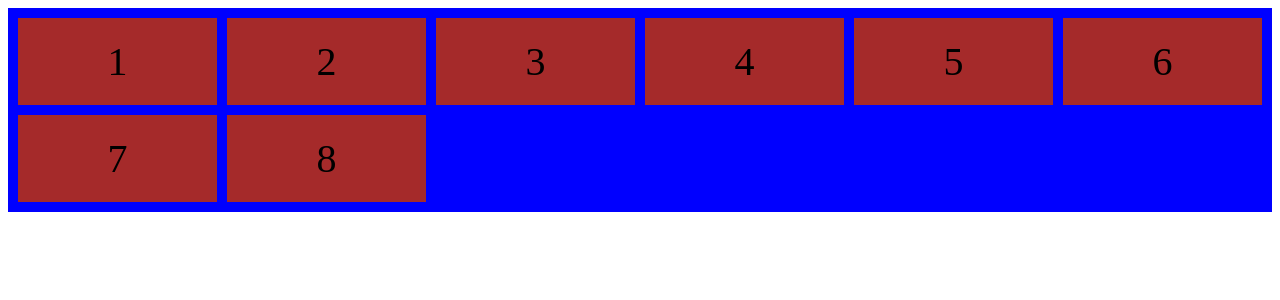
Repository: Thonghehe/Lab2_Web106
Page: Buoi2/index24.html
These files come from the project's save history. The page is drawn as it stood at one moment and after the next save; the edit follows.
The browser window is 1280 px wide. The pictures show the whole page.

Above is the page before, as saved 2024-03-09 17:13:57.

After the next save:
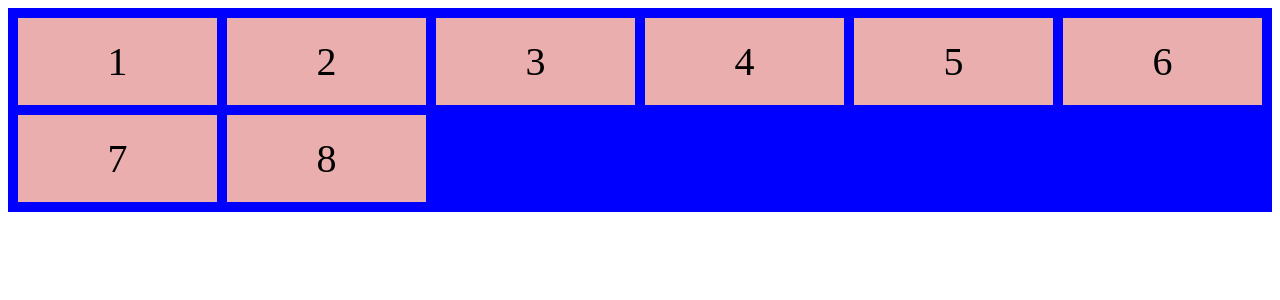
Saved 8 s later.
--- a/Buoi2/index24.html
+++ b/Buoi2/index24.html
@@ -15,7 +15,7 @@
         }
 
         .container>div {
-            background-color: brown;
+            background-color: rgb(234, 174, 174);
             text-align: center;
             padding: 20px;
             font-size: 40px;
